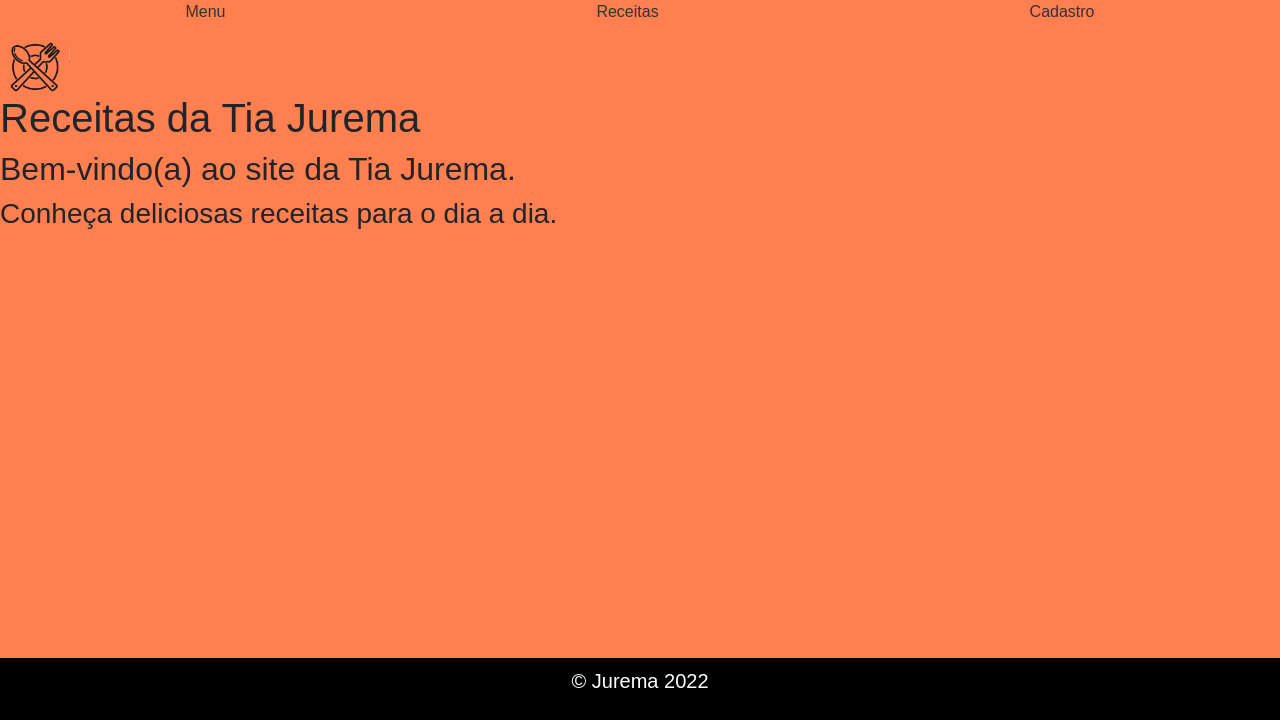
Repository: devropaes/RECEITAS
Page: OneDrive/Área de Trabalho/Estudos/Estácio/receitas/menu.html
The author's editor kept a copy of each file at every save. The page is drawn from the files as they stood at one save, then again after the next save.
The browser window is 1280 px wide. The pictures show the whole page.
Some web libraries are served in a nearby version.

Above is the page before, as saved 2024-03-12 11:28:48.

After the next save:
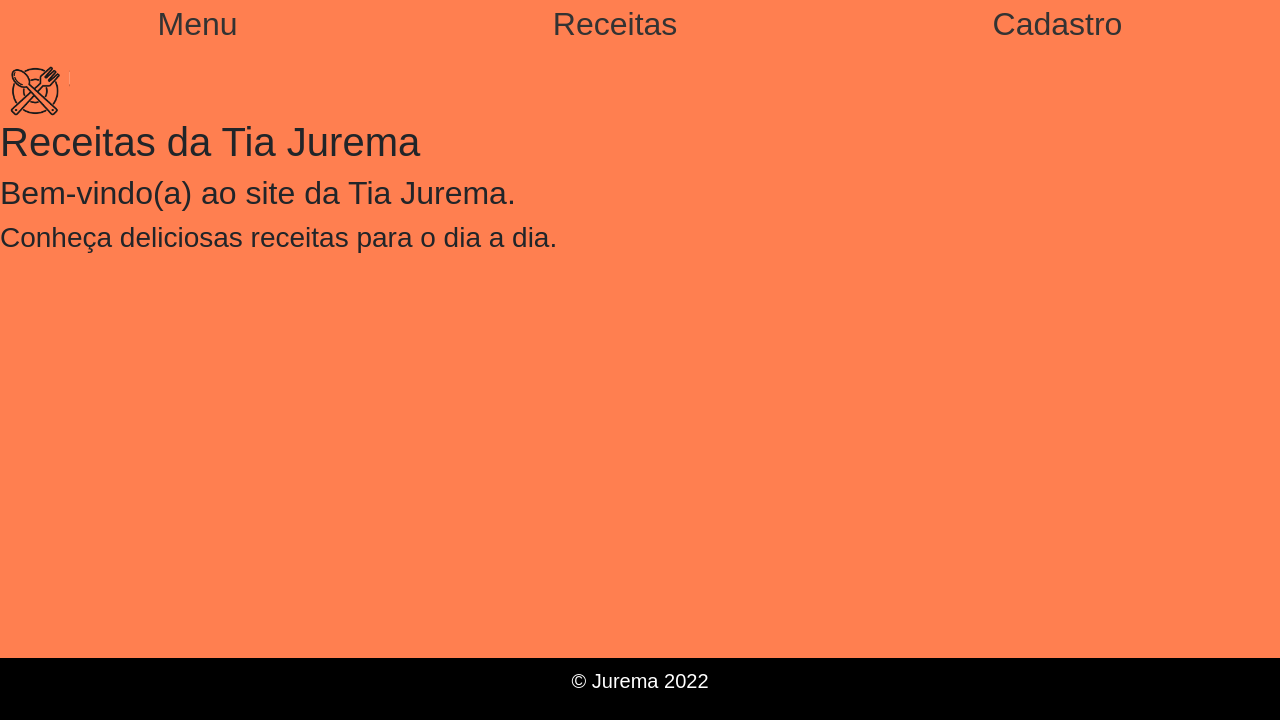
Saved 32 s later.
--- a/OneDrive/Área de Trabalho/Estudos/Estácio/receitas/menu.css
+++ b/OneDrive/Área de Trabalho/Estudos/Estácio/receitas/menu.css
@@ -45,7 +45,7 @@ img {
 body {
     background-color: var(--cor-primaria);
     font-family: var(--font-primaria);
-    font-size: 16px;
+    font-size: 32px;
     text-decoration: none;
     text-justify: center;
 

After the save that followed:
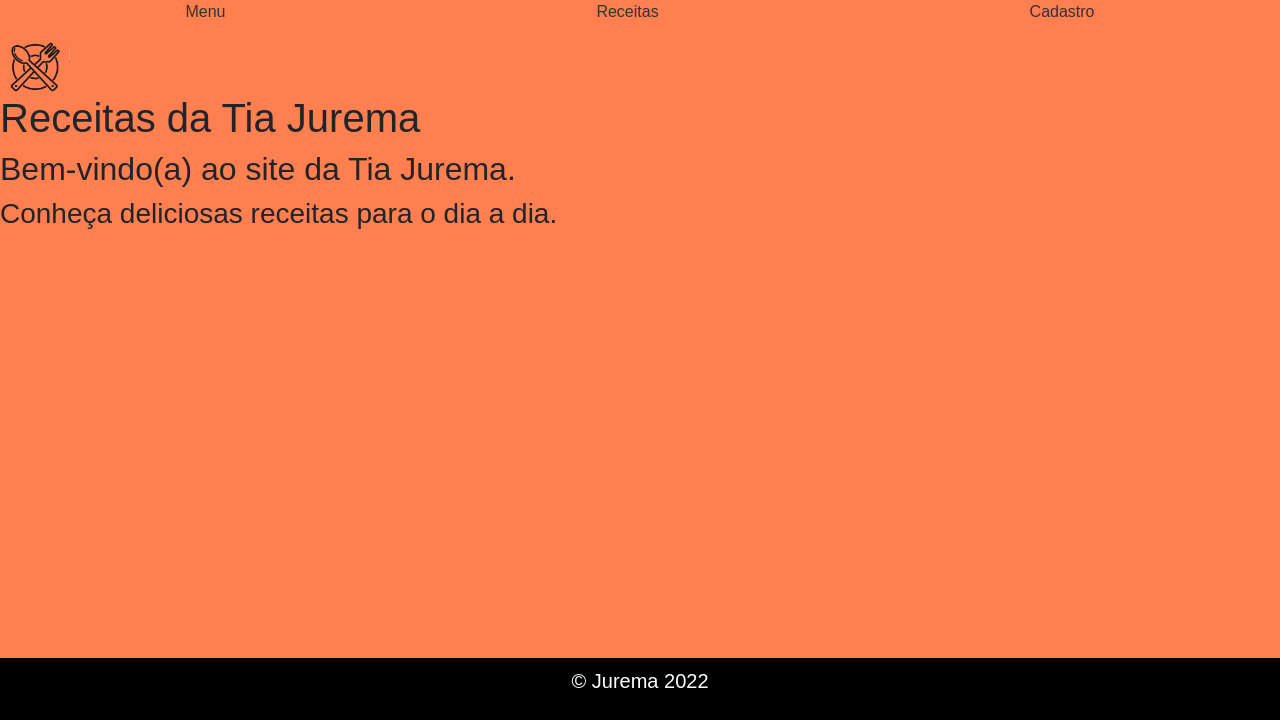
Saved 17 s later.
--- a/OneDrive/Área de Trabalho/Estudos/Estácio/receitas/menu.css
+++ b/OneDrive/Área de Trabalho/Estudos/Estácio/receitas/menu.css
@@ -45,7 +45,7 @@ img {
 body {
     background-color: var(--cor-primaria);
     font-family: var(--font-primaria);
-    font-size: 32px;
+    font-size: 16px;
     text-decoration: none;
     text-justify: center;
 
@@ -62,7 +62,7 @@ header {
     color: var(--cor-secundaria);
     padding: 10px;
     text-decoration: none;
-    font-size: 16px;
+
 }
 
 .cabecalho__menu {
